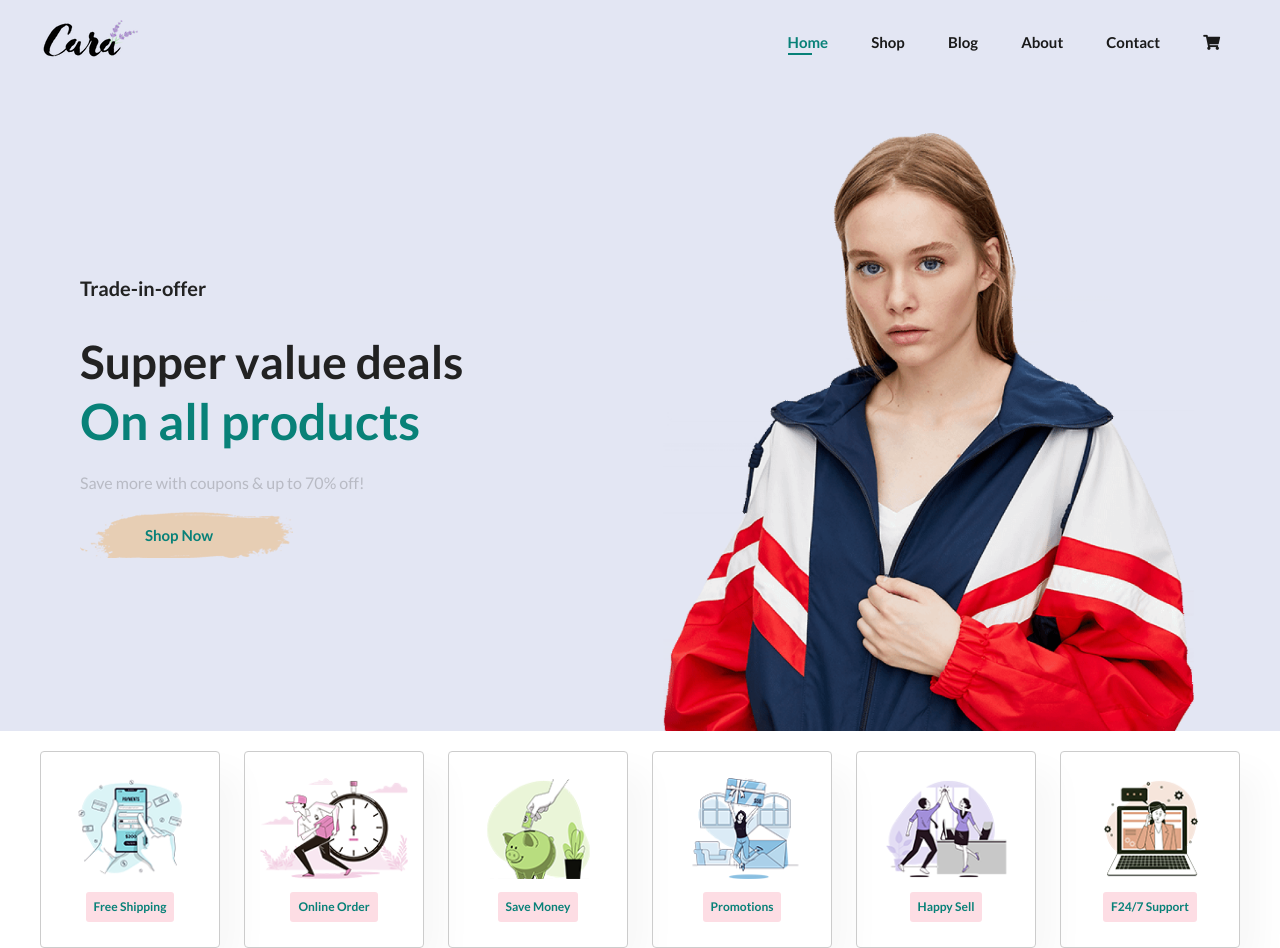
Repository: Nguyenductuan-dev/Website-Clothes
Page: index.html
These files come from the project's save history. The page is drawn as it stood at one moment and after the next save; the edit follows.
The browser window is 1280 px wide. The pictures show the whole page.

Above is the page before, as saved 2022-04-26 00:12:39.

### index.html
<!DOCTYPE html>
<html lang="en">
<head>
    <meta charset="UTF-8">
    <meta http-equiv="X-UA-Compatible" content="IE=edge">
    <meta name="viewport" content="width=device-width, initial-scale=1.0">
    <link rel="shortcut icon" href="assets/imgs/favicon.png" type="image/x-icon">
    <link rel="stylesheet" href="https://cdnjs.cloudflare.com/ajax/libs/font-awesome/5.15.1/css/all.min.css" />
    <link rel="preconnect" href="https://fonts.googleapis.com">
    <link rel="preconnect" href="https://fonts.gstatic.com" crossorigin>
    <link href="https://fonts.googleapis.com/css2?family=Lato:wght@400;700&family=Montserrat:ital,wght@0,200;0,300;0,400;0,500;0,600;0,700;1,600&display=swap" rel="stylesheet">
    <link rel="stylesheet" href="assets/css/style.css">
    <title>Website Clothes</title>
</head>
<body>
    <!-- ======================= HEADER ====================== -->
    <header class="header " id="header">
        <div class="header__container container">
            <a href="index.html" class="header__logo">
                <img src="assets/images/logo.png" alt="" class="header__logo-img">
            </a>

            <div class="navbar" id="navbar">
                <ul class="navbar__list">
                    <li class="navbar__item ">
                        <a href="index.html" class="navbar__link navbar__active">Home</a>
                    </li>
                    <li class="navbar__item">
                        <a href="shop.html" class="navbar__link">Shop</a>
                    </li>
                    <li class="navbar__item">
                        <a href="blog.html" class="navbar__link">Blog</a>
                    </li>
                    <li class="navbar__item">
                        <a href="about.html" class="navbar__link">About</a>
                    </li>
                    <li class="navbar__item">
                        <a href="contact.html" class="navbar__link">Contact</a>
                    </li>
                    <li class="navbar__item">
                        <a href="cart.html" class="navbar__link">
                            <i class="fas fa-shopping-cart"></i>
                        </a>
                    </li>
                </ul>
            </div>
        </div>
    </header>

    <!-- ======================= BANNER ====================== -->
    <section class="banner" id="banner">
        <div class="banner__container container">
            <h4>Trade-in-offer</h4>
            <h2>Supper value deals</h2>
            <h1>On all products</h1>
            <p>Save more with coupons & up to 70% off!</p>
            <button class="banner__btn">
                Shop Now
            </button>
        </div>
    </section>
    <section class="feature container" id="feature">
        <div class="feature__box">
            <img src="assets/images/features/f1.png" alt="" class="feature__img">
            <h6 class="feature__title">Free Shipping</h6>
        </div>
        <div class="feature__box">
            <img src="assets/images/features/f2.png" alt="" class="feature__img">
            <h6 class="feature__title">Online Order</h6>
        </div>
        <div class="feature__box">
            <img src="assets/images/features/f3.png" alt="" class="feature__img">
            <h6 class="feature__title">Save Money</h6>
        </div>
        <div class="feature__box">
            <img src="assets/images/features/f4.png" alt="" class="feature__img">
            <h6 class="feature__title">Promotions</h6>
        </div>
        <div class="feature__box">
            <img src="assets/images/features/f5.png" alt="" class="feature__img">
            <h6 class="feature__title">Happy Sell</h6>
        </div>
        <div class="feature__box">
            <img src="assets/images/features/f6.png" alt="" class="feature__img">
            <h6 class="feature__title">F24/7 Support</h6>
        </div>
    </section>

    <!-- <script src="assets/js/main.js"></script> -->
</body>
</html>

### assets/css/style.css
* {
    margin: 0;
    padding: 0;
    box-sizing: border-box;
    font-family: 'Lato', sans-serif;
}
h1 {
    font-size: 50px;
    line-height: 64px;
    color: #222;
}
h2 {
    font-size: 46px;
    line-height: 54px;
    color: #222;
}

h4 {
    font-size: 20px;
    line-height: 64px;
    color: #222;
}
h6 {
    font-weight: 700;
    font-size: 12px;
}
p {
    font-size: 16px;
    color: #4444;
}
body {
    width: 100%;
}
.container {
    max-width: 1200px;
    margin: auto;
}
/* ================ HEADER =================== */
.header {
    background-color: #e3e6f3;
    box-shadow: 0 5px 15px rgba(0, 0, 0, .06);
    padding: 20px 0;
}
.header__container {
    max-width: 1200px;
    display: flex;
    justify-content: space-between;
    align-items: center;
    margin: auto;
}
.navbar {
    display: inline-block;
}
.navbar__item {
    display: inline-block;
    list-style: none;
    padding: 0 20px;
    position: relative;
}
.navbar__link {
    text-decoration: none;
    color: #1a1a1a;
    font-size: 15px;
    font-weight: 600;
    transition: .3s ease;

}
.navbar__link:hover,
.navbar__link.navbar__active {
    color: #088178;
}
.navbar__active::after,
.navbar__link:hover::after {
    content: '';
    width: 30%;
    height: 2px;
    background-color: #088178;
    position: absolute;
    bottom: -4px;
    left: 20px;
}
.scroll-header {
    position: fixed;
    top: 0;
    left: 0;
    width: 100%;
    padding: 10px 0;
    transition: .4s;
}
/* ================ BANNER =================== */
.banner {
    background-image: url('../images/hero4.png');
    width: 100%;
    background-position: top 25% right 0;
    background-size: cover;
    padding: 0 80px;
}
.banner__container {
    display: flex;
    height: 90vh;
    flex-direction: column;
    align-items: flex-start;
    justify-content: center;
}
.banner__container h4 {
    padding-bottom: 15px;
}
.banner__container h1 {
    color: #088178;
}
.banner__container p {
    padding: 20px 0;
}
.banner__container .banner__btn {
    background-image: url('../images/button.png');
    background-color: transparent;
    color: #088178;
    border: none;
    padding: 14px 80px 14px 65px;
    background-repeat: no-repeat;
    cursor: pointer;
    font-weight: 700;
    font-size: 15px;
}
/* ================ FEATURE =================== */
.feature {
    display: flex;
    justify-content: space-between;
    align-items: center;
    flex-wrap: wrap;
}
.feature__box {
    width: 180px;
    box-shadow: 20px 20px 34px rgba(0, 0, 0, .03);
    border: 1px solid #ccc;
    text-align: center;
    padding: 25px 15px;
    border-radius: 4px;
    margin-top: 20px;
}
.feature__box:hover {
    box-shadow: 10px 10px 54px rgba(70, 62, 211, .1);
}
.feature__title {
    padding: 9px 8px;
    line-height: 1;
    border-radius: 3px;
    color: #088178;
    background-color: #fddde4;
    display: inline-block;
}
.feature__img {
    width: 100%;
    margin-bottom: 10px;
}

After the next save:
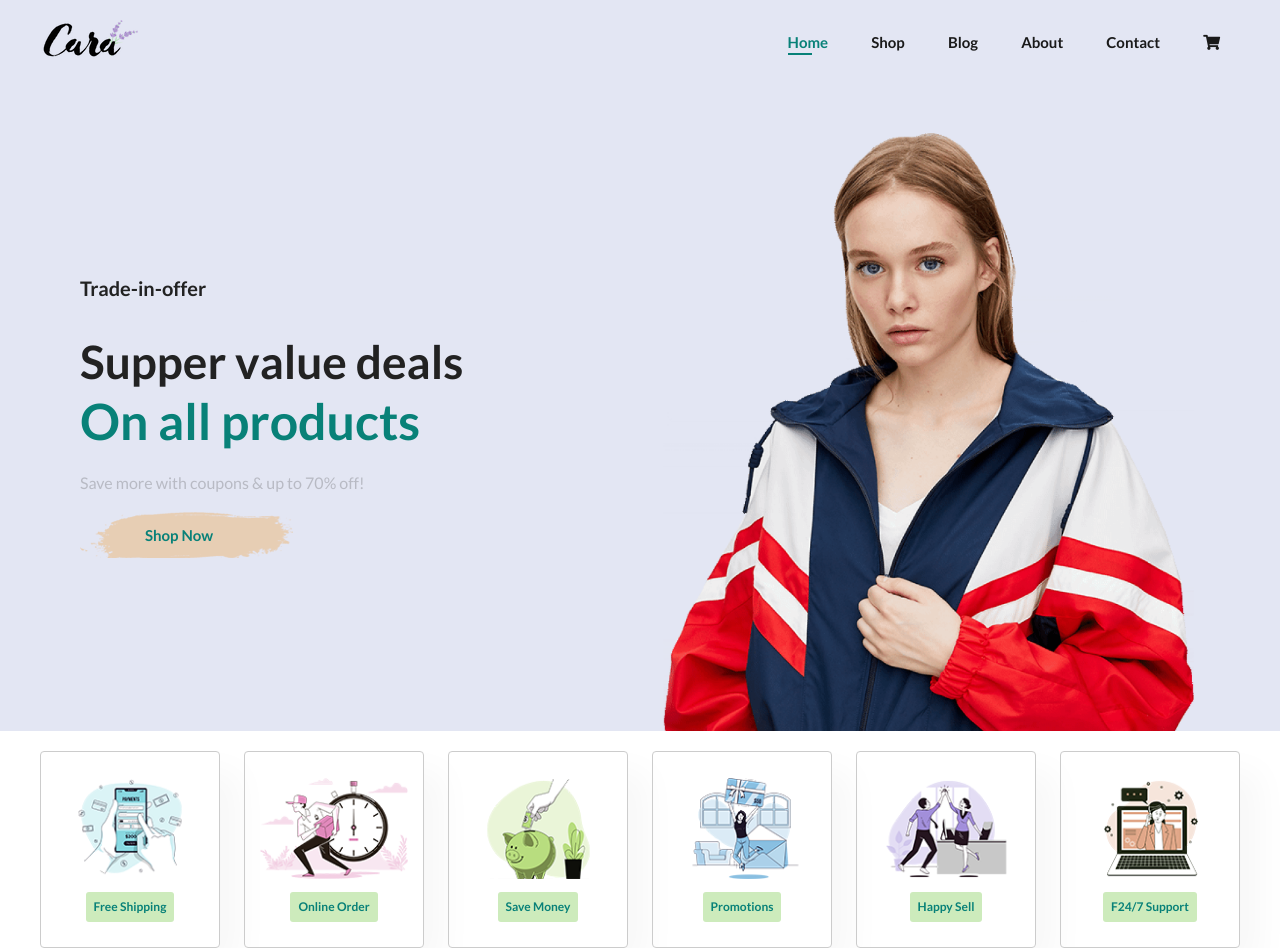
Saved 3 min 3 s later.
--- a/assets/css/style.css
+++ b/assets/css/style.css
@@ -141,6 +141,10 @@ body {
 .feature__box:hover {
     box-shadow: 10px 10px 54px rgba(70, 62, 211, .1);
 }
+.feature__img {
+    width: 100%;
+    margin-bottom: 10px;
+}
 .feature__title {
     padding: 9px 8px;
     line-height: 1;
@@ -149,7 +153,18 @@ body {
     background-color: #fddde4;
     display: inline-block;
 }
-.feature__img {
-    width: 100%;
-    margin-bottom: 10px;
+.feature__title:nth-child(2) {
+    background-color: #cdebbc;
 }
+.feature__title:nth-child(3) {
+    background-color: #cdebbc;
+}
+.feature__title:nth-child(4) {
+    background-color: #cdebbc;
+}
+.feature__title:nth-child(5) {
+    background-color: #cdebbc;
+}
+.feature__title:nth-child(6) {
+    background-color: #cdebbc;
+}
